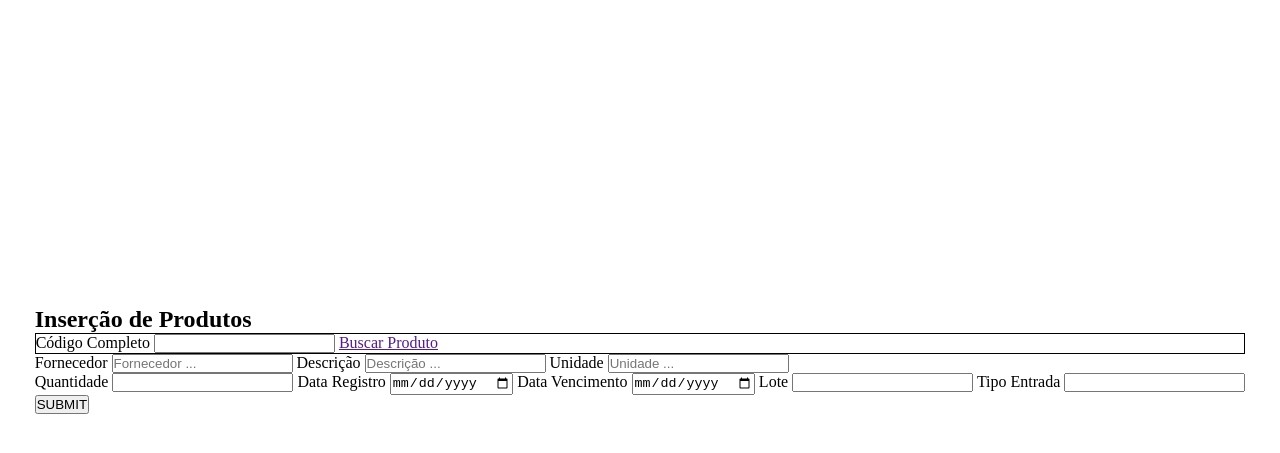
Repository: RobertoAntunes35/controle-estoque
Page: backend/templates/index.html
An editor plug-in stored every save of this project. The page is shown before and after the next save, followed by the edit.
The browser window is 1280 px wide. The pictures show the whole page.
The template is drawn by Flask 3. The application's start-up code is not run. Other server files are loaded and not shown. The template is opened directly, without the code that normally fills it, so the values that code supplies are empty.

Above is the page before, as saved 2023-05-27 11:36:20.

### backend/templates/index.html
<!DOCTYPE html>
<html lang="en">
<head>
    <meta charset="UTF-8">
    <meta http-equiv="X-UA-Compatible" content="IE=edge">
    <meta name="viewport" content="width=device-width, initial-scale=1.0">
    <title>Document</title>

    <link rel="stylesheet" href="{{ url_for('static', filename='index.css') }}">

</head>
<body>
    <div class="container">
        <form action="" method="GET">
            <h2>Inserção de Produtos</h2>
            <div class="search-product">
                <label for="busca-produto">Código Completo</label>
                <input type="number" id="busca-produto" name="busca-produto" value="">
                <a href="">Buscar Produto</a>
            </div>
            <div class="values-find">
                <label for="">Fornecedor
                <input type="text" id="fornecedor-find" name="fornecedor-find" placeholder="Fornecedor ...">
                </label>

                <label for="">Descrição
                    <input type="text" id="descricao-find" name="descricao-find" placeholder="Descrição ...">
                </label>

                <label for="">Unidade
                    <input type="text" id="unidade-find" name="unidade-find" placeholder="Unidade ...">
                </label>
            </div>
            <div class="choices-values">
                <label for="">Quantidade
                    <input type="number">
                </label>

                <label for="">Data Registro
                    <input type="date">
                </label>

                <label for="">Data Vencimento
                    <input type="date">
                </label>

                <label for="">Lote
                    <input type="text">
                </label>

                <label for="">Tipo Entrada
                    <input type="text">
                </label>
            </div>
            <div class="buttons">
                <input type="submit" id="submit-form" name="submit-form" value="SUBMIT">
            </div>
        </form>
    </div>
</body>
</html>

### backend/static/index.css
* {
    margin: 0 auto;
    padding: 0;
    box-sizing: border-box;
}

.container {
    display: flex;
    align-items: center;
    justify-content: center;

    width: 100vw;
    height: 100vh;
}

.search-product{
    border: 1px solid;
    gap: 1rem;
}
.values-find{

}

.choices-values{

}

After the next save:
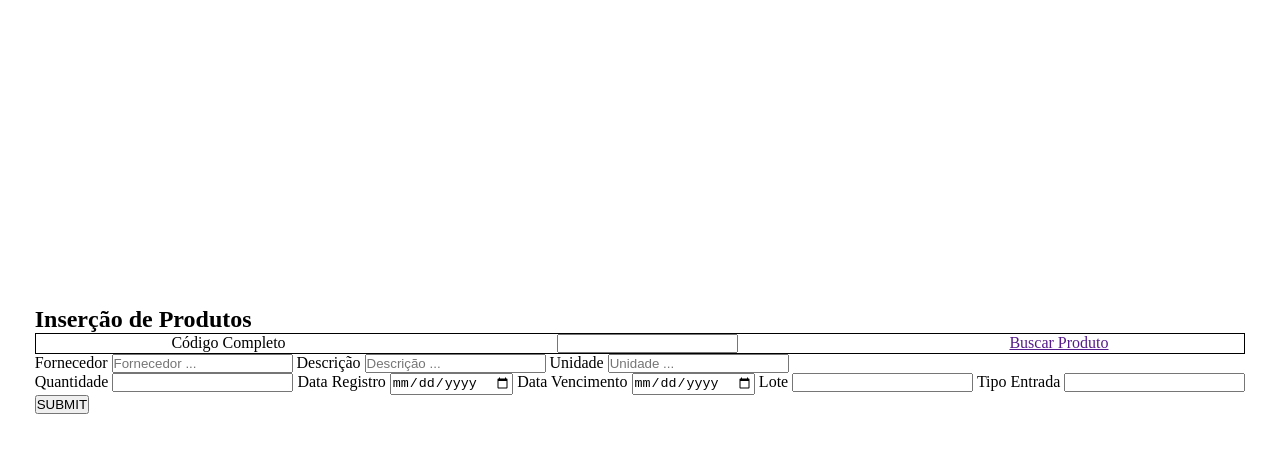
Saved 10 s later.
--- a/backend/static/index.css
+++ b/backend/static/index.css
@@ -15,7 +15,7 @@
 
 .search-product{
     border: 1px solid;
-    gap: 1rem;
+    display: flex;
 }
 .values-find{
 

After the 4 saves that followed:
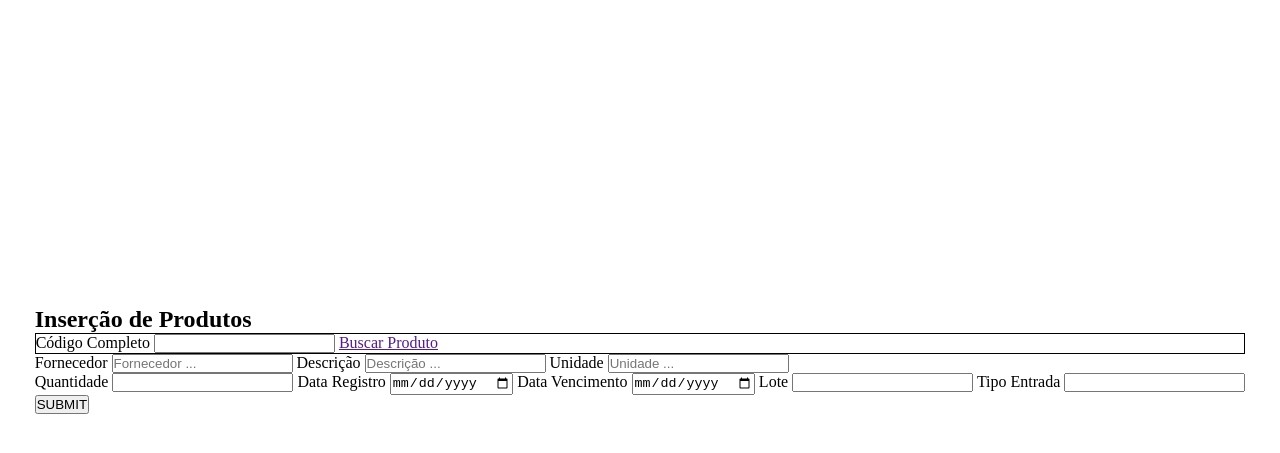
The 4 saves are shown as one change because 2 left the picture as it was and some came seconds apart.
The last was saved 32 s later.
--- a/backend/static/index.css
+++ b/backend/static/index.css
@@ -15,7 +15,6 @@
 
 .search-product{
     border: 1px solid;
-    display: flex;
 }
 .values-find{
 
